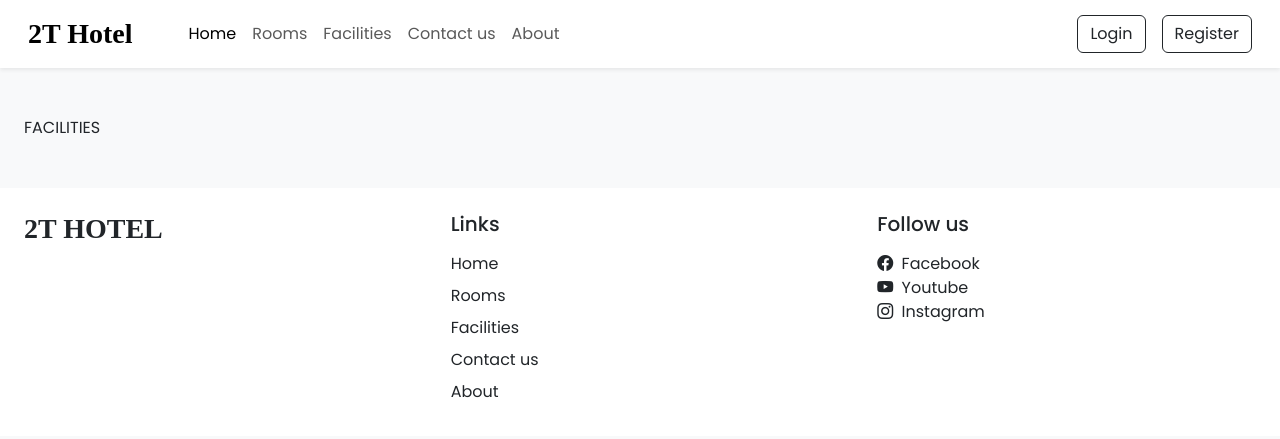
Repository: TaTongThanh2003/DoAnCoSo2024_BookingHotelWebsite
Page: http://localhost/facilities.php
These files come from the project's save history. The page is drawn as it stood at one moment and after the next save; the edit follows.
The browser window is 1280 px wide. The pictures show the whole page.
Some web fonts or font styles are not loaded; a fallback is used. The page is run by PHP 8.4 with error messages shown; the project is at /var/www/html/.

Above is the page before, as saved 2024-03-17 16:17:26.

### WebsiteBookingHotel/facilities.php
<!DOCTYPE html>
<html lang="en">

<head>
    <meta charset="UTF-8">
    <meta http-equiv="X-UA-Compatible" content="IE-edge">
    <meta name="viewport" content="width=device-width, initial-scale=1.0">
    <title>2T Hotel - FACILITIES</title>
    <?php require('inc/links.php'); ?>
    <link rel="stylesheet" href="https://cdn.jsdelivr.net/npm/swiper@11/swiper-bundle.min.css" />
    <style>
    @media screen and (max-width: 575px) {
        .availability-form {
            margin: 25px;
            padding: 0 35px;
        }
    }
    </style>
</head>

<body class="bg-light">
    <?php require('inc/header.php'); ?>

    <div class="my-5 px-4">
        FACILITIES</h2>
        <div class="h-line bg-dark"></div>
    </div>
    <!-- footer -->
    <?php require('inc/footer.php'); ?>




    <!-- <script src="https://cdn.jsdelivr.net/npm/swiper@11/swiper-bundle.min.js"></script>
    <script src="https://cdn.jsdelivr.net/npm/bootstrap@5.3.3/dist/js/bootstrap.bundle.min.js"
        integrity="sha384-YvpcrYf0tY3lHB60NNkmXc5s9fDVZLESaAA55NDzOxhy9GkcIdslK1eN7N6jIeHz" crossorigin="anonymous">
    </script> -->
    <!-- <script>
    var swiper = new Swiper(".swiper-container", {
        spaceBetween: 30,
        effect: "fade",
        loop: true,
        autoplay: {
            delay: 3500,
            disableOnInteraction: false,
        }
    });
    var swiper = new Swiper(".swiper-testimonials", {
        effect: "coverflow",
        grabCursor: true,
        centeredSlides: true,
        slidesPerView: "auto",
        slidesPerView: "3",
        loop: true,
        coverflowEffect: {
            rotate: 50,
            stretch: 0,
            depth: 100,
            modifier: 1,
            slideShadows: false,
        },
        pagination: {
            el: ".swiper-pagination",
        },
        breakpoints: {
            320: {
                slidesPerView: 1,
            },
            640: {
                slidesPerView: 1,
            },
            768: {
                slidesPerView: 2,
            },
            1024: {
                slidesPerView: 3,
            },
        }
    });
    </script> -->
</body>

</html>

### WebsiteBookingHotel/inc/links.php
<link href="https://cdn.jsdelivr.net/npm/bootstrap@5.3.3/dist/css/bootstrap.min.css" rel="stylesheet"
    integrity="sha384-QWTKZyjpPEjISv5WaRU9OFeRpok6YctnYmDr5pNlyT2bRjXh0JMhjY6hW+ALEwIH" crossorigin="anonymous">
<link href="https://fonts.googleapis.com/css2?family=Merienda:wght@400;700&family=Poppins:wght@400;500;600&display=swap"
    rel="stylesheet">
<link rel="stylesheet" href="https://cdn.jsdelivr.net/npm/bootstrap-icons@1.11.3/font/bootstrap-icons.min.css">
<link rel="stylesheet" href="css/common.css">

### WebsiteBookingHotel/inc/header.php
<nav class="navbar navbar-expand-lg navbar-light bg-white px-lg-3 py-lg-2 shadow-sm sticky-top">
    <div class="container-fluid">
        <a class="navbar-brand me-5 fw-bold fs-3 h-font" href="index.php">2T Hotel</a>
        <button class="navbar-toggler shadow-none" type="button" data-bs-toggle="collapse"
            data-bs-target="#navbarSupportedContent" aria-controls="navbarSupportedContent" aria-expanded="false"
            aria-label="Toggle navigation">
            <span class="navbar-toggler-icon"></span>
        </button>
        <div class="collapse navbar-collapse" id="navbarSupportedContent">
            <ul class="navbar-nav me-auto mb-2 mb-lg-0">
                <li class="nav-item">
                    <a class="nav-link active" aria-current="page" href="index.php">Home</a>
                </li>
                <li class="nav-item">
                    <a class="nav-link" href="#">Rooms</a>
                </li>
                <li class="nav-item">
                    <a class="nav-link" href="facilities.php">Facilities</a>
                </li>
                <li class="nav-item">
                    <a class="nav-link" href="#">Contact us</a>
                </li>
                <li class="nav-item">
                    <a class="nav-link" href="#">About</a>
                </li>
            </ul>
            <div class="d-flex">
                <button type="button" class="btn btn-outline-dark shadow-none me-lg-3 me-2" data-bs-toggle="modal"
                    data-bs-target="#loginModal">
                    Login
                </button>
                <button type="button" class="btn btn-outline-dark shadow-none " data-bs-toggle="modal"
                    data-bs-target="#registerModal">
                    Register
                </button>
            </div>
        </div>
    </div>
</nav>

<!-- login -->
<div class="modal fade" id="loginModal" data-bs-backdrop="static" data-bs-keyboard="false" tabindex="-1"
    aria-labelledby="staticBackdropLabel" aria-hidden="true">
    <div class="modal-dialog">
        <div class="modal-content">
            <form>
                <div class="modal-header">
                    <h5 class="modal-title d-flex align-item-center">
                        <i class="bi bi-person-circle fs-5 me-2"></i> User login
                    </h5>
                    <button type="reset" class="btn-close shadow-none" data-bs-dismiss="modal"
                        aria-label="Close"></button>
                </div>
                <div class="modal-body">
                    <div class="mb-3">
                        <label class="form-label">Email address</label>
                        <input type="email" class="form-control shadow-none">
                    </div>
                    <div class="mb-4">
                        <label class="form-label">Password</label>
                        <input type="password" class="form-control shadow-none">
                    </div>
                    <div class="d-flex align-items-center justify-content-between mb-2">
                        <button type="submit" class="btn btn-dark shadow-none">LOGIN</button>
                        <a href="javascript: void(0)" class="text-secondary text-decoration-none">Forgot
                            Password?</a>
                    </div>
                </div>
            </form>
        </div>
    </div>
</div>

<!-- Register -->
<div class="modal fade" id="registerModal" data-bs-backdrop="static" data-bs-keyboard="false" tabindex="-1"
    aria-labelledby="staticBackdropLabel" aria-hidden="true">
    <div class="modal-dialog modal-lg">
        <div class="modal-content">
            <form>
                <div class="modal-header">
                    <h5 class="modal-title d-flex align-item-center">
                        <i class="bi bi-person-lines-fill fs-5 me-2"></i>
                        User Registration
                    </h5>
                    <button type="reset" class="btn-close shadow-none" data-bs-dismiss="modal"
                        aria-label="Close"></button>
                </div>
                <div class="modal-body">
                    <span class="badge rounded-pill bg-light text-dark mb-3 text-wrap lh-base">
                        Note: Your details must match with your ID (Aadhar card, passport, driving license, etc.)
                        that will be required dring check-in.
                    </span>
                    <div class="container-fluid">
                        <div class="row">
                            <!-- Name -->
                            <div class="col-md-6 ps-0 mb-3">
                                <label class="form-label">Name</label>
                                <input type="text" class="form-control shadow-none">
                            </div>
                            <!-- Email -->
                            <div class="col-md-6 p-0 mb-3">
                                <label class="form-label">Email</label>
                                <input type="email" class="form-control shadow-none">
                            </div>
                            <!-- Phone Number -->
                            <div class="col-md-6 ps-0 mb-3">
                                <label class="form-label">Phone Number</label>
                                <input type="number" class="form-control shadow-none">
                            </div>
                            <!-- Picture -->
                            <div class="col-md-6 p-0 mb-3">
                                <label class="form-label">Picture</label>
                                <input type="file" class="form-control shadow-none">
                            </div>
                            <!-- Address -->
                            <div class="col-md-12 p-0 mb-3">
                                <label class="form-label">Address</label>
                                <textarea class="form-control shadow-none" rows="1"></textarea>
                            </div>
                            <!-- Pincode -->
                            <div class="col-md-6 ps-0 mb-3">
                                <label class="form-label">Pincode</label>
                                <input type="number" class="form-control shadow-none">
                            </div>
                            <!-- Date of birth -->
                            <div class="col-md-6 p-0 mb-3">
                                <label class="form-label">Date of birth</label>
                                <input type="date" class="form-control shadow-none">
                            </div>
                            <!-- Password -->
                            <div class="col-md-6 ps-0 mb-3">
                                <label class="form-label">Password</label>
                                <input type="password" class="form-control shadow-none">
                            </div>
                            <!-- Comfirm Password -->
                            <div class="col-md-6 p-0 mb-3">
                                <label class="form-label">Comfirm Password</label>
                                <input type="password" class="form-control shadow-none">
                            </div>
                        </div>
                    </div>
                    <div class="text-center my-1">
                        <button type="submit" class="btn btn-dark shadow-none">REGISTER</button>
                    </div>
                </div>
            </form>
        </div>
    </div>
</div>

### WebsiteBookingHotel/inc/footer.php
<div class="container-fluid bg-white mt-5">
    <div class="row">
        <div class="col-lg-4 p-4">
            <h3 class="h-font fw-bold fs-3">2T HOTEL</h3>
            <p>

            </p>
        </div>
        <div class="col-lg-4 p-4">
            <h5 class="mb-3">Links</h5>
            <a href="#" class="d-inline-block mb-2 text-dark text-decoration-none">Home</a><br>
            <a href="#" class="d-inline-block mb-2 text-dark text-decoration-none">Rooms</a><br>
            <a href="#" class="d-inline-block mb-2 text-dark text-decoration-none">Facilities</a><br>
            <a href="#" class="d-inline-block mb-2 text-dark text-decoration-none">Contact us</a><br>
            <a href="#" class="d-inline-block mb-2 text-dark text-decoration-none">About</a>
        </div>
        <div class="col-lg-4 p-4">
            <h5 class="mb-3">Follow us</h5>
            <a href="#" class="d-inline-block text-dark text-decoration-none md-2">
                <i class="bi bi-facebook me-1"></i> Facebook
            </a><br>
            <a href="#" class="d-inline-block text-dark text-decoration-none md-2">
                <i class="bi bi-youtube me-1"></i> Youtube
            </a><br>
            <a href="#" class="d-inline-block text-dark text-decoration-none ">
                <i class="bi bi-instagram me-1"></i> Instagram
            </a><br>
        </div>
    </div>
</div>

### WebsiteBookingHotel/css/common.css
:root{
    --teal: #2ec1ac;
    --teal_hover: #279e8c;
}

* {
    font-family: 'Poppins', sans-serif;
}

.h-font {
    font-family: 'Merienda', cursive;
}

input::-webkit-outer-spin-button,
input::-webkit-inner-spin-button {
    -webkit-appearance: none;
    margin: 0;
}

/* input[type=number] {
    -moz-appearance: textfield;
} */

.custom-bg {
    background-color: var(--teal);
    border: 1px solid var(--teal);
}

.custom-bg:hover {
    background-color: var(--teal_hover);
    border-color: var(--teal_hover);
}

.availability-form {
    margin-top: -50px;
    z-index: 2;
    position: relative;
}

After the next save:
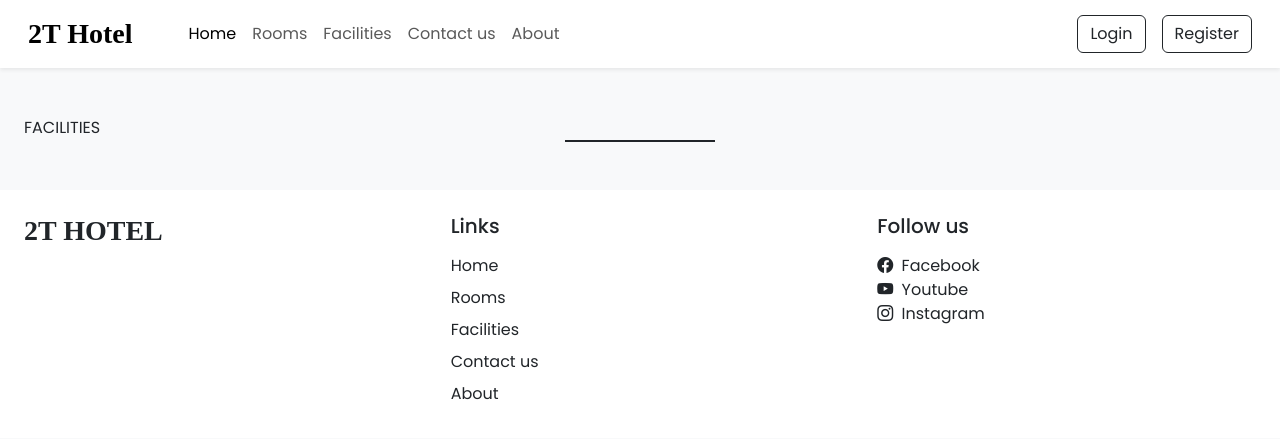
Saved 2 min 11 s later.
--- a/WebsiteBookingHotel/css/common.css
+++ b/WebsiteBookingHotel/css/common.css
@@ -36,3 +36,8 @@ input::-webkit-inner-spin-button {
     z-index: 2;
     position: relative;
 }
+.h-line{
+    width: 150px ;
+    margin: 0 auto;
+    height: 1.7px;
+}
